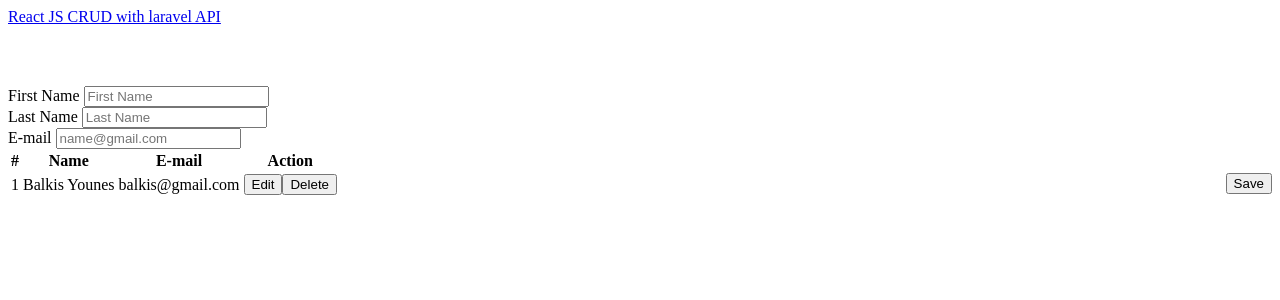
Repository: balkisys/react-js-crud
Page: /
An editor plug-in stored every save of this project. The page is shown before and after the next save, followed by the edit.
The browser window is 1280 px wide. The pictures show the whole page.
The project was rebuilt for these pictures with package versions that can differ from the ones it lists, and the page was loaded fresh each time.

Above is the page before, as saved 2020-05-18 11:37:04.

After the next save:
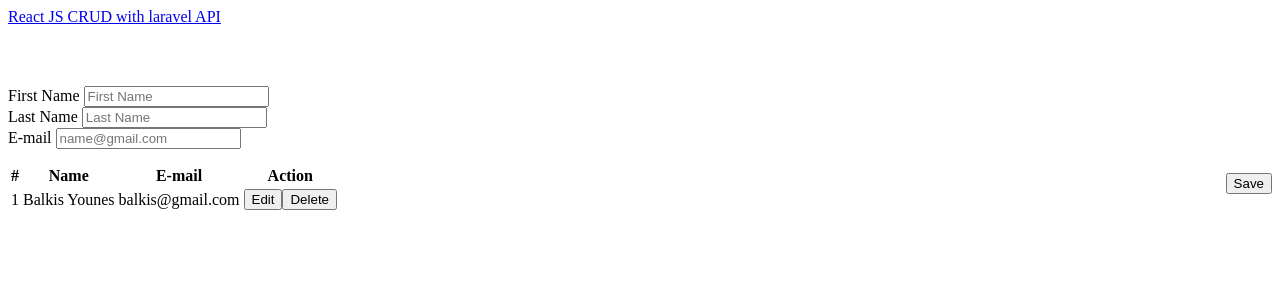
Saved 118 s later.
--- a/src/components/app.css
+++ b/src/components/app.css
@@ -5,3 +5,7 @@
     margin-top: 24px !important;
     float: right;
 }
+
+.data {
+    margin-top: 15px;
+}
